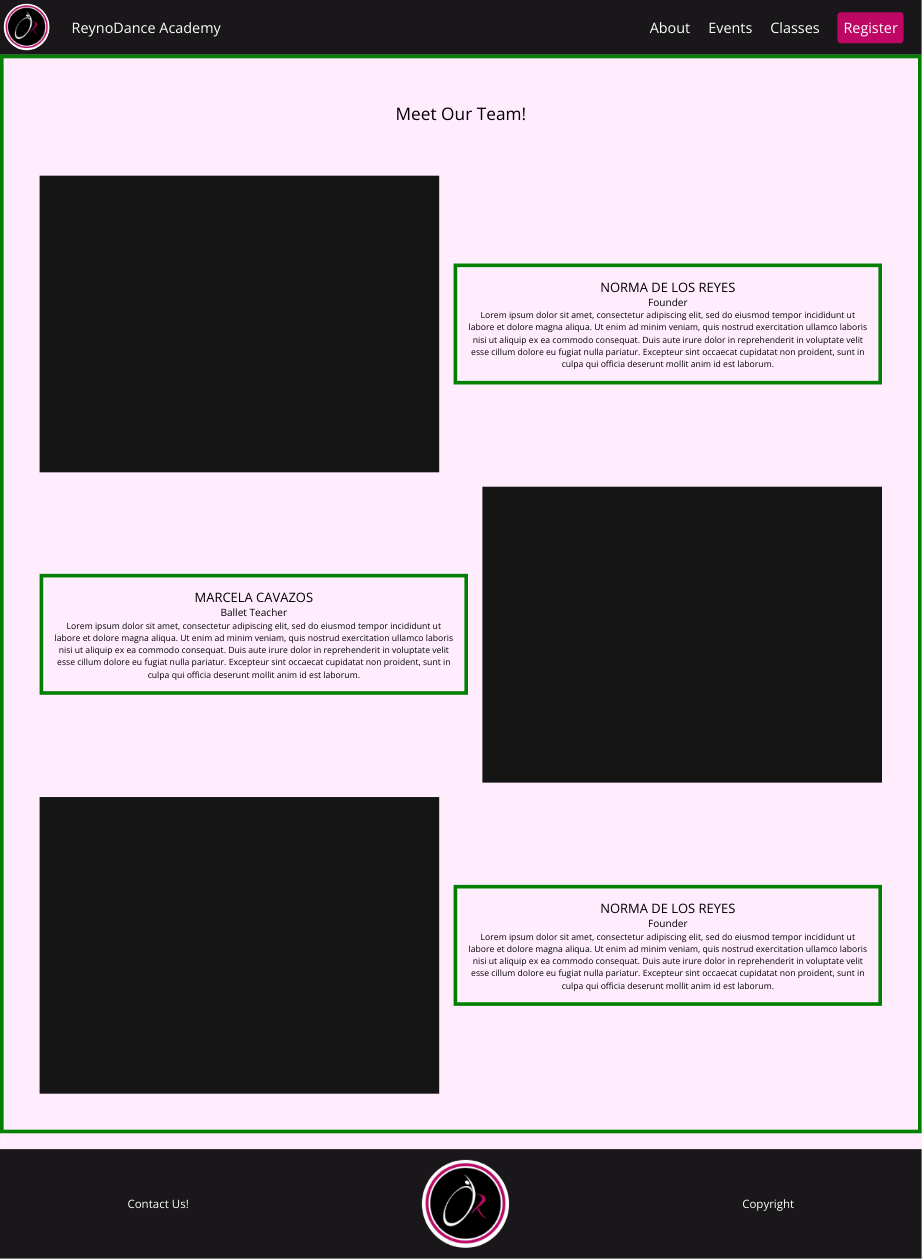
Repository: andreaelpz/reynodance-academy
Page: /about
An editor plug-in stored every save of this project. The page is shown before and after the next save, followed by the edit.
The browser window is 1280 px wide. The pictures show the whole page, at 72% of full size.
The project was rebuilt for these pictures with package versions that can differ from the ones it lists, and the page was loaded fresh each time. Also part of the build but not shown: angular.json, src/app/classes/classes.component.ts, src/app/events/events.component.ts, src/app/sign-in/sign-in.component.ts, src/app/dashboard/dashboard.component.ts, src/app/home/home.component.ts, src/app/user/register/register.component.ts, src/app/login/login.component.ts.

Above is the page before, as saved 2024-11-18 21:09:54.

After the next save:
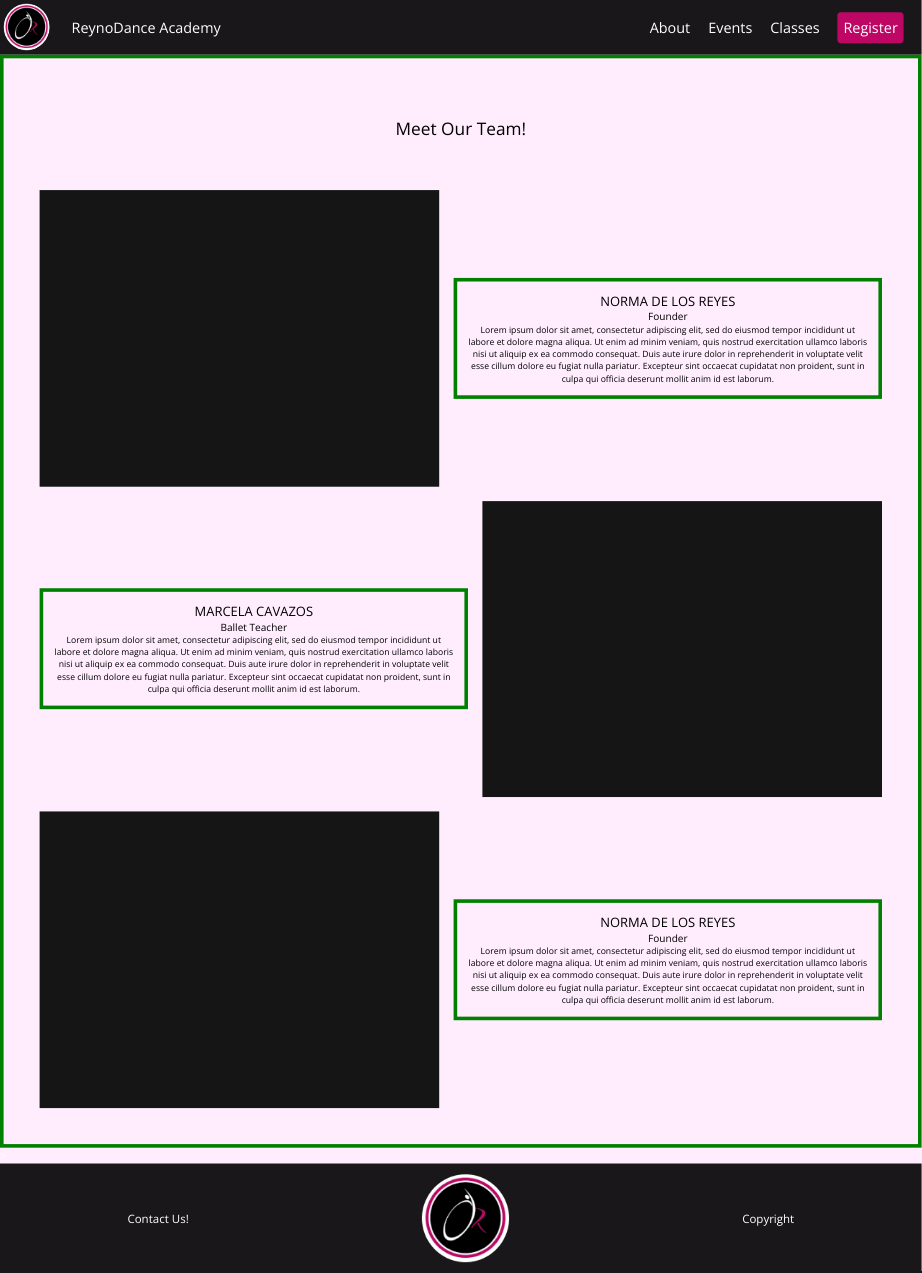
Saved 28 s later.
--- a/src/app/about/about.component.css
+++ b/src/app/about/about.component.css
@@ -3,7 +3,7 @@
   display:flex;
   flex-direction: column;
   align-items: center;
-  padding: 30px 50px 50px 50px;
+  padding: 50px 50px 50px 50px;
   border: 5px solid green;
 }
 

After the save that followed:
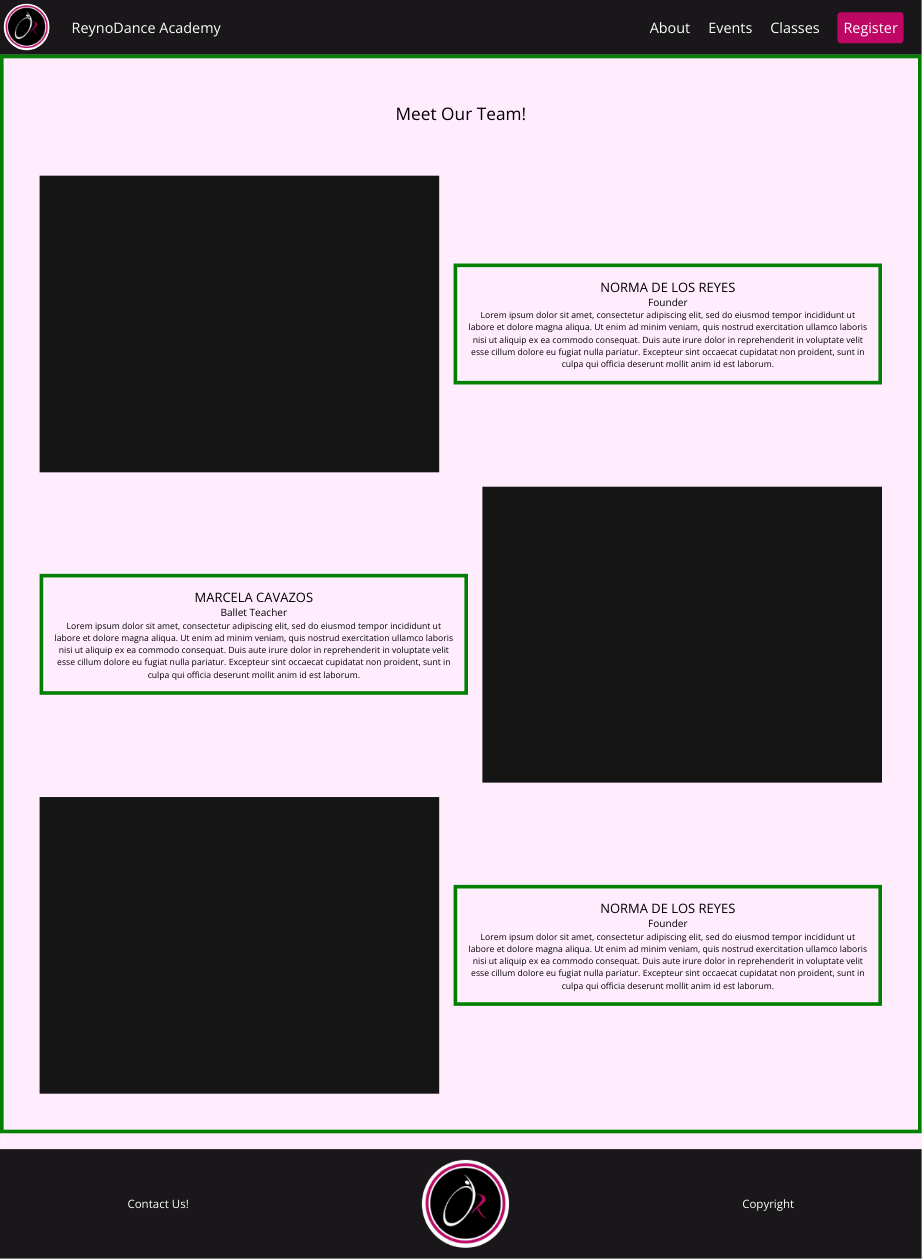
Saved 4 s later.
--- a/src/app/about/about.component.css
+++ b/src/app/about/about.component.css
@@ -3,7 +3,7 @@
   display:flex;
   flex-direction: column;
   align-items: center;
-  padding: 50px 50px 50px 50px;
+  padding: 30px 50px 50px 50px;
   border: 5px solid green;
 }
 
